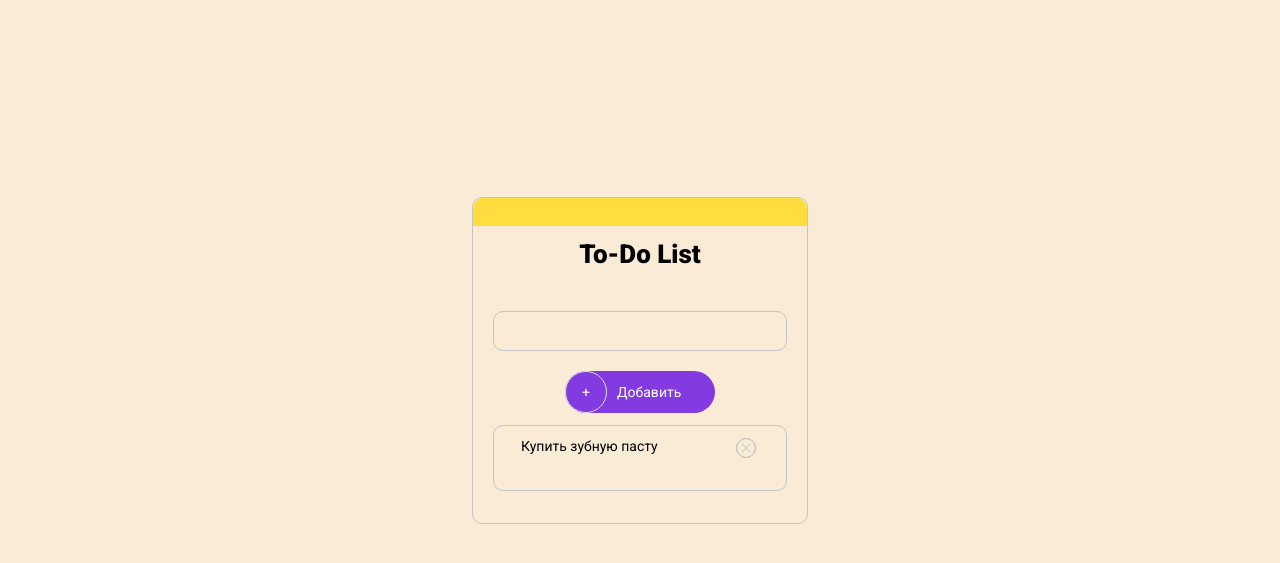
Repository: NatiqSamiyev/To-do-List-js
Page: insex.html
An editor plug-in stored every save of this project. The page is shown before and after a run of saves, followed by the edit.
The browser window is 1280 px wide. The pictures show the whole page.
Empty fields were first filled with sample values (such as "Sample", 5 or name@example.com).
After loading, the first visible `form` was submitted once.
Some web fonts or font styles are not loaded; a fallback is used.

Above is the page before, as saved 2023-10-31 12:22:47.

### insex.html
<!DOCTYPE html>
<html lang="en">
  <head>
    <meta charset="UTF-8" />
    <meta name="viewport" content="width=device-width, initial-scale=1.0" />
    <title>Document</title>
    <link rel="stylesheet" href="index.css" />
  </head>
  <body>
    <div class="list-container">
      <div class="card">
        <div class="color">
          <div class="yellow-box"></div>
          <h1>To-do list</h1>
        </div>
        <main>
          <form action="">
            <label for="">
              <input type="text" class="text-input" required />
            </label>
            <button class="submit-btn">
              <div class="circle">+</div>
              <p>Добавить</p>
            </button>
          </form>
          <ul>

          </ul>
        </main>
      </div>
    </div>
  </body>
  <script src="./index.js"></script>
</html>

### index.css
@import url("https://fonts.googleapis.com/css2?family=Epilogue:wght@400;600;700;800&family=Inter:wght@400;500;600;700&family=Laila:wght@700&family=Open+Sans:wght@400;600;700;800&family=Roboto+Slab:wght@700&family=Roboto:wght@400;700;900&display=swap");

* {
  margin: 0;
  padding: 0;
  box-sizing: border-box;
}

.list-container {
  width: 100%;
  min-height: 100vh;
  display: flex;
  justify-content: center;
  align-items: center;
  background-color: antiquewhite;
}

.card {
  width: 336px;
  padding-bottom: 20px;
  border-radius: 10px;
  border: 1px solid #c4c4c4;
  background: rgba(196, 196, 196, 0);
}
main {
  padding: 0 20px;
}
.yellow-box {
  height: 28px;
  width: 100%;
  background-color: #ffdc40;
  border-top-right-radius: 10px;
  border-top-left-radius: 10px;
}
form .color img {
  width: 100%;
  height: 28px;
}

.color h1 {
  margin-top: 13px;
  color: #000;
  text-align: center;
  font-family: Roboto;
  font-size: 26px;
  font-style: normal;
  font-weight: 900;
  line-height: normal;
  text-transform: capitalize;
}

input {
  margin-top: 42px;
  padding: 10px 15px;
  width: 100%;
  height: 40px;
  border-radius: 10px;
  border: 1px solid #c4c4c4;
  background: rgba(196, 196, 196, 0);
  cursor: pointer;
}

ul {
  margin-bottom: 12px;
  margin-top: 12px;
  padding: 12px 30px 12px 27px;
  width: 100%;
  border-radius: 10px;
  border: 1px solid #c4c4c4;
  background: rgba(196, 196, 196, 0);
  display: none;
}

ul li {
  margin-bottom: 20px;
  list-style-type: none;
  display: flex;
  justify-content: space-between;
}

ul li h3 {
  color: #000;
  font-family: Roboto;
  font-size: 14px;
  font-style: normal;
  font-weight: 400;
  line-height: normal;
}

ul li img {
  width: 20px;
  height: 20px;
}
button {
  border: none;
  background: none;
}
.submit-btn {
  width: 150px;
  height: 42px;
  margin: auto;
  margin-top: 20px;
  display: flex;
  align-items: center;
  background-color: #833ae0;
  border-radius: 25px;
  border: none;

  color: #fff;
  text-align: center;
  font-family: Roboto;
  font-size: 14px;
  font-style: normal;
  font-weight: 400;
  line-height: normal;
}
button .circle {
  margin-right: 10px;
  border-radius: 50%;
  width: 42px;
  height: 42px;
  border: 0.5px solid gainsboro;
  display: flex;
  justify-content: center;
  align-items: center;
}
.remove-btn {
  width: 20px;
  height: 20px;
  border: 1px solid #c4c4c4;
  color: #c4c4c4;
  border-radius: 50%;
  font-size: 14px;
  display: flex;
  justify-content: center;
  align-items: center;
}
.remove-btn:hover {
  background-color: #833ae0;
}

### index.js
let form = document.querySelector("form");
let btn = document.querySelector("button");
let ul = document.querySelector("ul");
let input = document.querySelector(".text-input");
let removeBtns

form.addEventListener("submit", sumbitForm);
function sumbitForm(e) {
  e.preventDefault();
  ul.style.display = "block";
  ul.innerHTML += `
  <li>
  <h3>Купить зубную пасту</h3>
  <button class="remove-btn">
    <img src="./image/Group 56.svg" alt="" />
  </button>
</li>
`;

  form.reset();

 removeBtns =document.querySelectorAll('.remove-btn')
removeBtns.forEach((element)=>{
element.addEventListener('click',removeList)
})
}

function removeList() {
    console.log('rgfred');
}

After the next 3 saves:
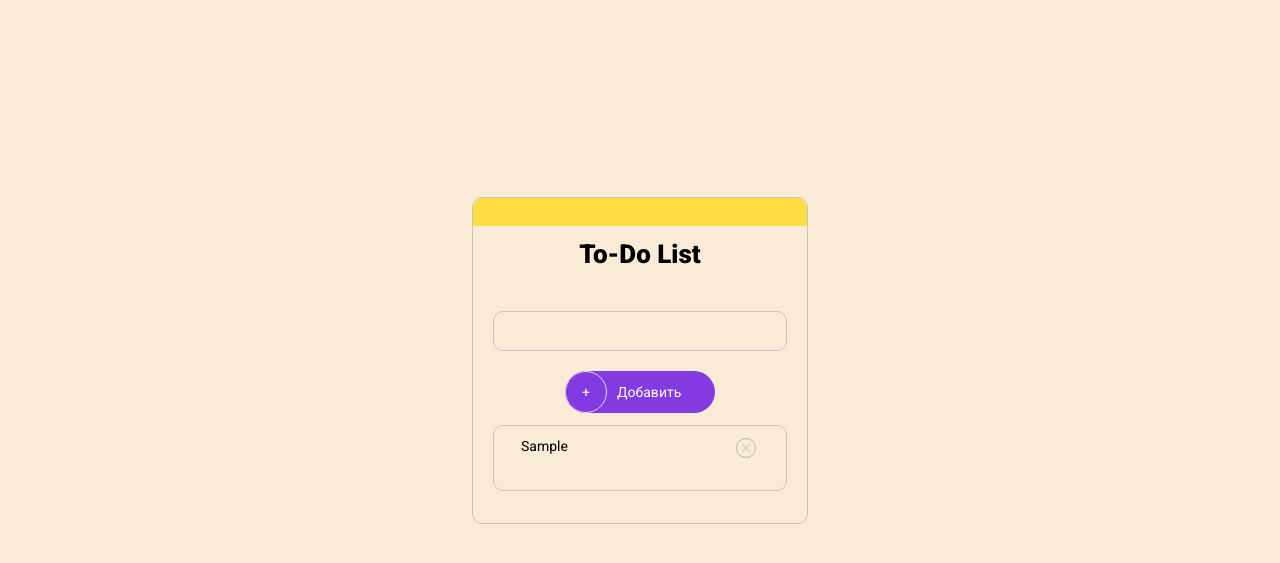
The 3 saves are shown as one change because they came seconds apart.
The last was saved 47 s later.
--- a/index.js
+++ b/index.js
@@ -10,7 +10,7 @@ function sumbitForm(e) {
   ul.style.display = "block";
   ul.innerHTML += `
   <li>
-  <h3>Купить зубную пасту</h3>
+  <h3>${input.value}</h3>
   <button class="remove-btn">
     <img src="./image/Group 56.svg" alt="" />
   </button>
